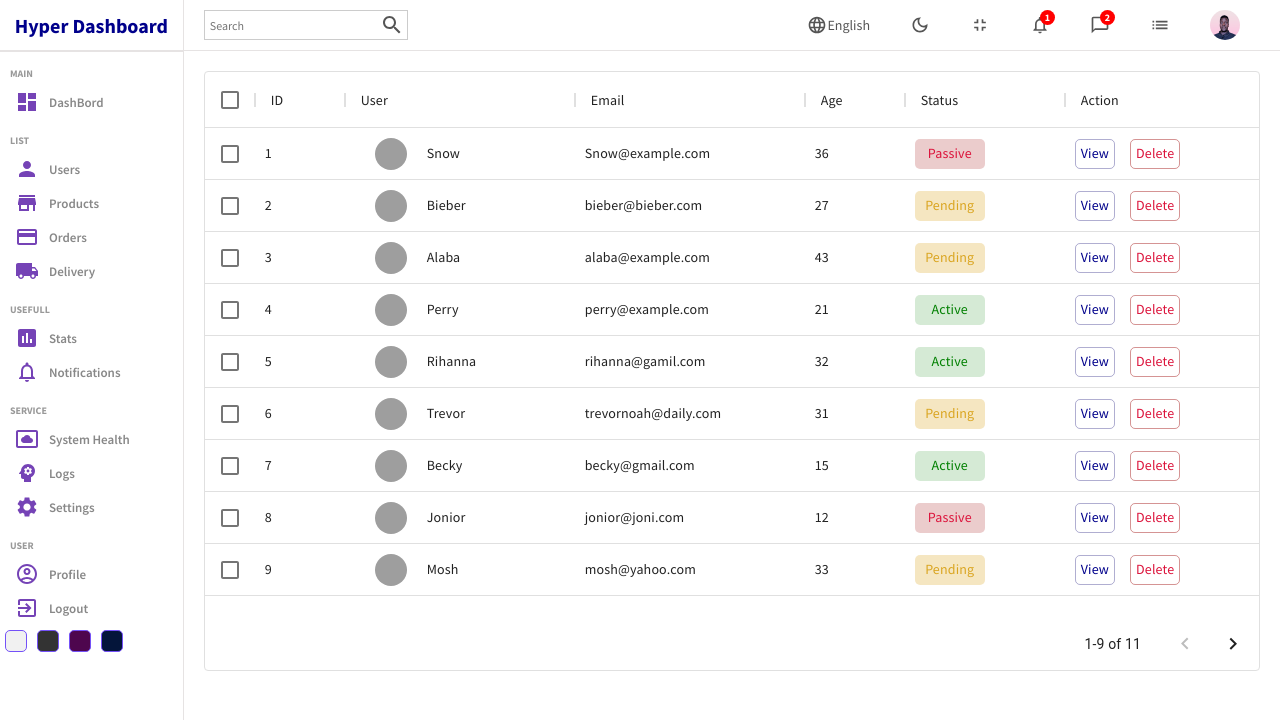
Repository: kenyi-mic/DashBoard
Page: /products
The author's editor kept a copy of each file at every save. The page is drawn from the files as they stood at one save, then again after the next save.
The browser window is 1280 px wide. The pictures show the whole page.
Pictures or frames that could not be fetched are drawn as grey boxes. The project was rebuilt for these pictures with package versions that can differ from the ones it lists, and the page was loaded fresh each time. Also part of the build but not shown: src/pages/home/home.scss, src/pages/home/Home.jsx, src/pages/single/Single.jsx, src/pages/new/new.scss, src/pages/new/New.jsx, src/pages/login/Login.jsx.

Above is the page before, as saved 2022-05-23 13:00:50.

After the next save:
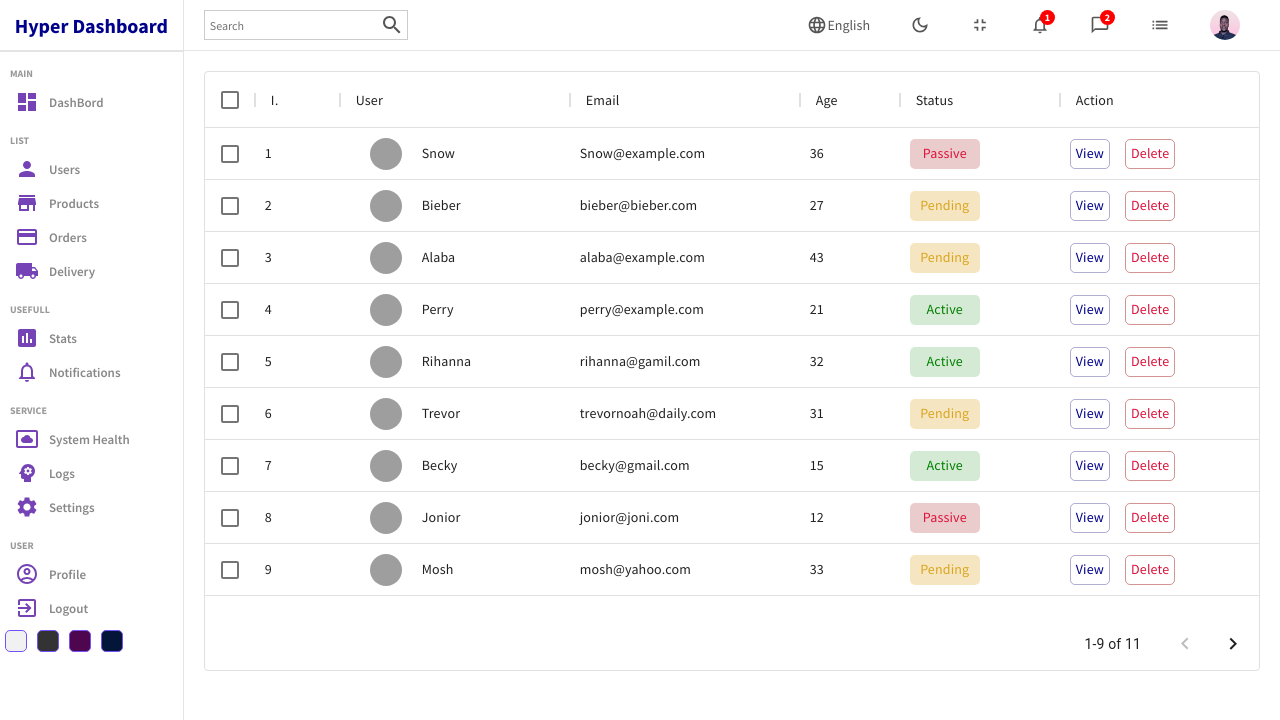
Saved 22 s later.
--- a/src/datatableSource.js
+++ b/src/datatableSource.js
@@ -2,7 +2,7 @@
   {
     field: "id",
     headerName: "ID",
-    width: 90,
+    width: 85,
   },
   {
     field: "user",

After the save that followed:
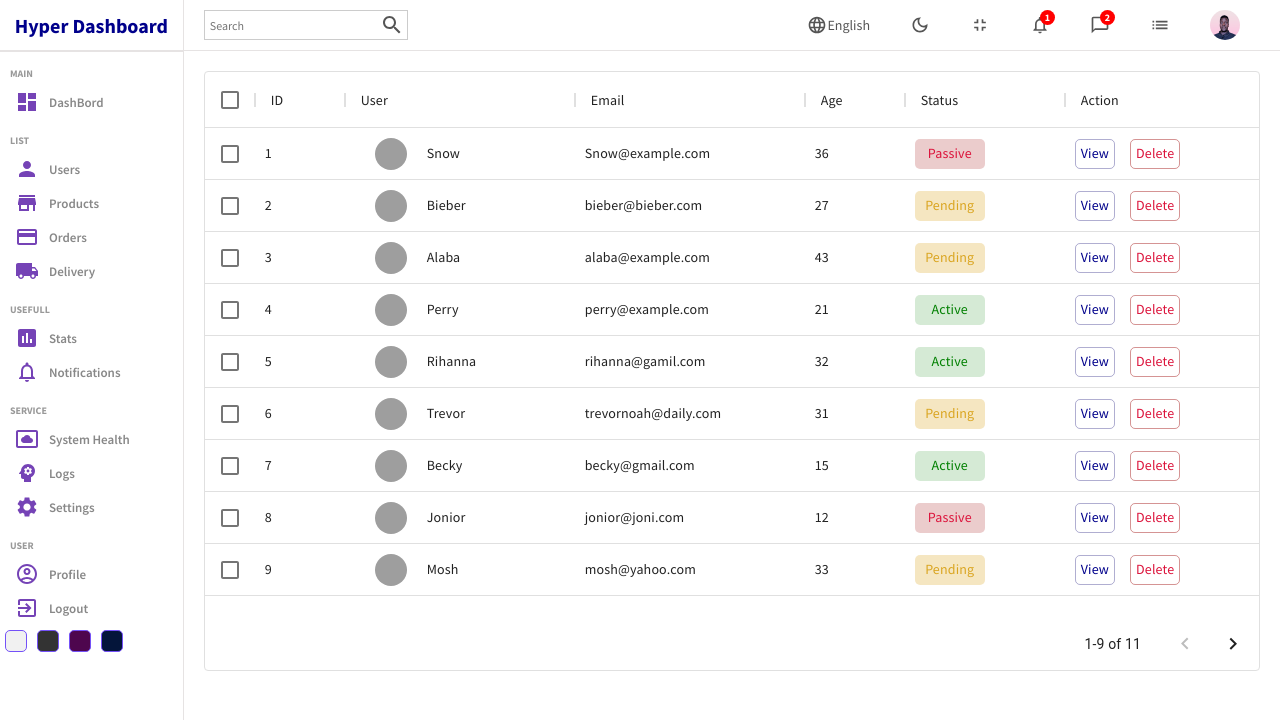
Saved 14 s later.
--- a/src/datatableSource.js
+++ b/src/datatableSource.js
@@ -2,7 +2,7 @@
   {
     field: "id",
     headerName: "ID",
-    width: 85,
+    width: 90,
   },
   {
     field: "user",
